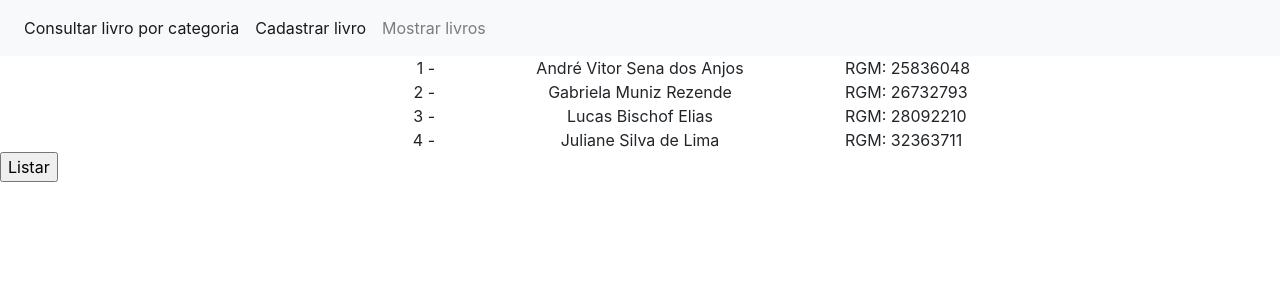
Repository: SrtaVerdant/projeto-livraria
Page: http://localhost/ProjetoLivraria/
These files come from the project's save history. The page is drawn as it stood at one moment and after the next save; the edit follows.
The browser window is 1280 px wide. The pictures show the whole page.
Some web libraries are served in a nearby version. The page is served by Tomcat 9. Other server files are loaded and not shown.

Above is the page before, as saved 2022-10-29 16:30:09.

### ProjetoLivraria/src/main/webapp/index.jsp
<%@ page language="java" contentType="text/html; charset=UTF-8"
    pageEncoding="UTF-8"%>
<!DOCTYPE html>
<html>
	<head>
		<meta charset="UTF-8">
		<link rel="stylesheet" href="https://cdn.jsdelivr.net/npm/bootstrap@4.0.0/dist/css/bootstrap.min.css" integrity="sha384-Gn5384xqQ1aoWXA+058RXPxPg6fy4IWvTNh0E263XmFcJlSAwiGgFAW/dAiS6JXm" crossorigin="anonymous">
		<script src="https://code.jquery.com/jquery-3.2.1.slim.min.js" integrity="sha384-KJ3o2DKtIkvYIK3UENzmM7KCkRr/rE9/Qpg6aAZGJwFDMVNA/GpGFF93hXpG5KkN" crossorigin="anonymous"></script>
		<script src="https://cdn.jsdelivr.net/npm/popper.js@1.12.9/dist/umd/popper.min.js" integrity="sha384-ApNbgh9B+Y1QKtv3Rn7W3mgPxhU9K/ScQsAP7hUibX39j7fakFPskvXusvfa0b4Q" crossorigin="anonymous"></script>
		<script src="https://cdn.jsdelivr.net/npm/bootstrap@4.0.0/dist/js/bootstrap.min.js" integrity="sha384-JZR6Spejh4U02d8jOt6vLEHfe/JQGiRRSQQxSfFWpi1MquVdAyjUar5+76PVCmYl" crossorigin="anonymous"></script>
		<title>Membros do projeto</title>
	</head>

	<style>
		.textodireita{
			text-align: right;
		}

		.textocentro{
			text-align: center;
		}
	</style>

	<body>
	<nav class="navbar navbar-expand-lg navbar-light bg-light">
	  <div class="collapse navbar-collapse" id="navbarNav">
	    <ul class="navbar-nav">
	   		<li class="nav-item active">
	        <a class="nav-link" href="consultar.jsp">Consultar livro por categoria <span class="sr-only">(current)</span></a>
	      </li>
	      <li class="nav-item active">
	        <a class="nav-link" href="#">Cadastrar livro <span class="sr-only">(current)</span></a>
	      </li>
	      <li class="nav-item">
	        <a class="nav-link" href="#">Mostrar livros</a>
	      </li>
	    </ul>
	  </div>
	</nav>
		<div class="container">
		 	 <div class="row">
			    <div class="textodireita col">1 - </div>
			    <div class="textocentro col-4">André Vitor Sena dos Anjos</div>
			    <div class="col">RGM: 25836048</div>
			  </div>
			  <div class="row">
			    <div class="textodireita col">2 - </div>
			    <div class="textocentro col-4">Gabriela Muniz Rezende</div>
			    <div class="col">RGM: 26732793</div>
		  	</div>
		  	<div class="row">
			    <div class="textodireita col">3 - </div>
			    <div class="textocentro col-4">Lucas Bischof Elias</div>
			    <div class="col">RGM: 28092210</div>
		  	</div>
		  	<div class="row">
			    <div class="textodireita col">4 - </div>
			    <div class="textocentro col-4">Juliane Silva de Lima</div>
			    <div class="col">RGM: 32363711</div>
		  	</div>
		</div>
	</body>

	<form action="consulta" method="POST">
		<input type="submit" value="Listar"/>
		</form>
</html>

After the next save:
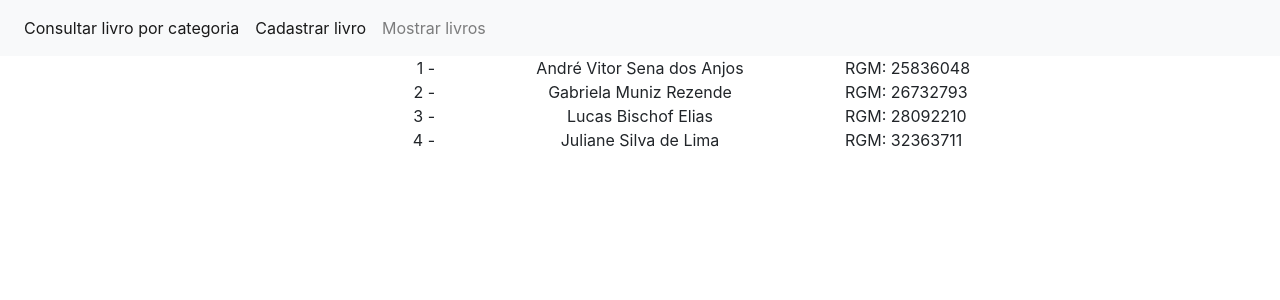
Saved 16 min 32 s later.
--- a/ProjetoLivraria/src/main/webapp/index.jsp
+++ b/ProjetoLivraria/src/main/webapp/index.jsp
@@ -61,7 +61,4 @@
 		</div>
 	</body>
 
-	<form action="consulta" method="POST">
-		<input type="submit" value="Listar"/>
-		</form>
 </html>
